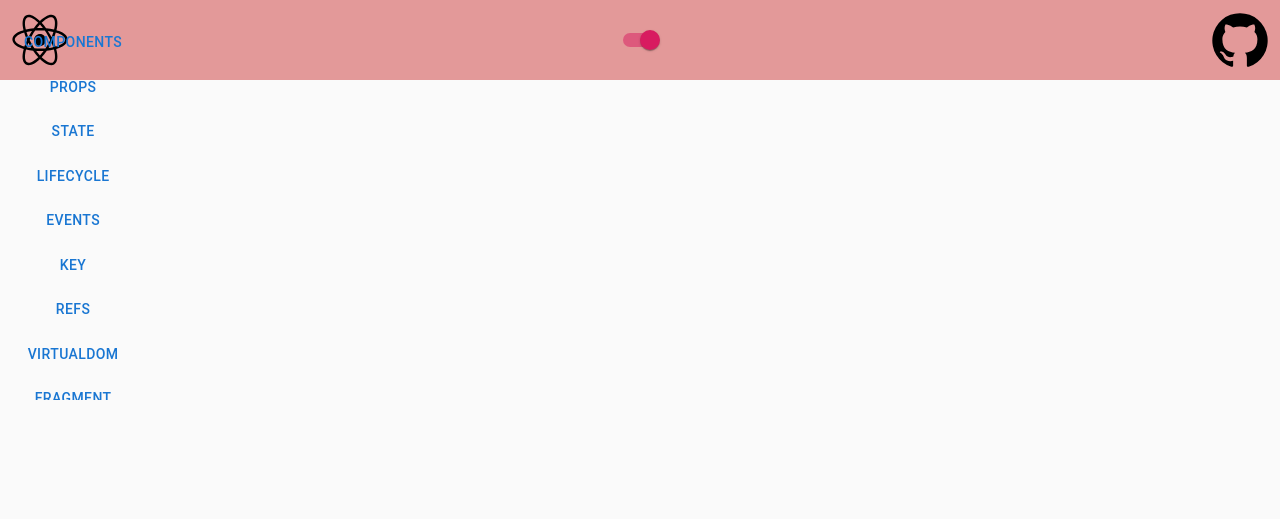
Repository: savannaaaas/reactDocumentation
Page: /topic
These files come from the project's save history. The page is drawn as it stood at one moment and after the next save; the edit follows.
The browser window is 1280 px wide. The pictures show the whole page.
An inner scrolling area shows only its first screen. The project was rebuilt for these pictures with package versions that can differ from the ones it lists, and the page was loaded fresh each time. Also part of the build but not shown: vite.config.js, src/pages/welcomePage/WelcomeButton/WelcomeButton.jsx, src/pages/welcomePage/Content/ContentWelcome.jsx, src/pages/welcomePage/WelcomePage.jsx, src/pages/componentPage/ComponentPage.jsx.

Above is the page before, as saved 2025-07-18 19:33:06.

### index.html
<!DOCTYPE html>
<html lang="en" data-theme="light">
  <head>
    <meta charset="UTF-8" />
    <link rel="icon" type="image/svg+xml" href="/vite.svg" />
    <meta name="viewport" content="width=device-width, initial-scale=1.0" />
    <title>NoteBook</title>
  </head>
  <body>
    <div id="root"></div>
    <script type="module" src="/src/main.jsx"></script>
  </body>
</html>

### src/main.jsx
import { StrictMode } from "react";
import { createRoot } from "react-dom/client";
import App from "./App.jsx";
import { ThemeProvider } from "./providers/ThemeProvider.jsx";
import "./index.scss";
import { BrowserRouter } from "react-router";

createRoot(document.getElementById("root")).render(
  <StrictMode>
    <ThemeProvider>
      <BrowserRouter>
        <App />
      </BrowserRouter>
    </ThemeProvider>
  </StrictMode>
);

### src/App.jsx
import { Routes, Route } from "react-router";

import { WelcomePage } from "./pages/welcomePage/WelcomePage";
import { TopicPage } from "./pages/topicPage/TopicPage";
import { ComponentPage } from "./pages/componentPage/ComponentPage";

import "./index.scss";

function App() {
  return (
    <Routes>
      <Route path="/" element={<WelcomePage />} />
      <Route path="/topic" element={<TopicPage />}>
        <Route path="components" element={<ComponentPage />} />
      </Route>
    </Routes>
  );
}

export default App;

### src/providers/ThemeProvider.jsx
import { useEffect, useState } from "react";
import { themes, ThemeContext } from "../contexts/ThemeContext";
const getTheme = () => {
  const theme = `${window?.localStorage.getItem("theme")}`; //получаем тему из хранилища
  if (Object.values(themes).includes(theme)) {
    //если тема такая есть возвращаем
    return theme;
  } //если в хранилище нет смотрим какую тему пользователь предпочитает
  const userMedia = window.matchMedia("(prefers-color-scheme: light)"); //проверяем предпочитает пользователь светлую тему если да возвр
  if (userMedia.matches) return themes.light;
  return themes.dark; //иначе темная
};
export const ThemeProvider = ({ children }) => {
  const [theme, setTheme] = useState(getTheme);
  useEffect(() => {
    document.documentElement.dataset.theme = theme; // добавляем атрибут data-theme на <html>
    localStorage.setItem("theme", theme); //устанавливаем и сохраняем текущую тему
  }, [theme]);
  return (
    <ThemeContext.Provider value={{ theme, setTheme }}>
      {children}
    </ThemeContext.Provider>
  );
};

### src/index.scss
*{
  padding: 0;
  margin: 0;
  box-sizing: border-box;
}
body {
  background-color: var(--background-color);
}

:root[data-theme="light"] {
  --background-color: #fafafa;
}

:root[data-theme="dark"] {
  --background-color: #313139;
}

[data-theme="light"] {
 .navigation{

 }

}
[data-theme="dark"] {
  .navigation{

  }

}

### src/pages/topicPage/TopicPage.jsx
import { Header } from "../welcomePage/Header/Header";
import { Navigation } from "../../components/Navigation/Navigation";
export const TopicPage = () => {
  return (
    <>
      <Header />
      <Navigation />
    </>
  );
};

### src/contexts/ThemeContext.jsx
import { createContext } from "react";
export const themes = {
  dark: "dark",
  light: "light",
};

export const ThemeContext = createContext({});

### src/pages/welcomePage/Header/Header.jsx
import { useContext } from "react";
import GitHubIcon from "@mui/icons-material/GitHub";
import reactLogo from "../../../assets/react.svg";
import { Image } from "../../../components/Image/Image";
import { Toggle } from "../../../components/Toggle/Toggle";
import "../index.scss";

export const Header = () => {
  return (
    <div className="header">
      <Image src={reactLogo} alt="React logo" style={{ width: "60px" }} />
      <Toggle />
      <GitHubIcon sx={{ fontSize: "60px" }} />
    </div>
  );
};

### src/pages/welcomePage/index.scss
$light-color: rgb(242, 118, 138);
$dark-color : #ffffff;

.header {
  background-color: rgb(227, 153, 153);
  display: flex;
  flex-direction: row;
  align-items: center;
  justify-content: space-between;
  padding: 10px;
  width: 100%;
}


.base-content {
  position: relative;
  display: flex;
  flex-direction: column;
  justify-content: center;
  align-items: center;
  gap: 100px;
  color: rgb(242, 118, 138);

  p {
    a {
      color: rgb(242, 118, 138);
      text-decoration: none;
    }
  }
}


.welcome-page {
  position: relative;
  display: flex;
  flex-direction: column;
  gap: 100px;
  justify-content: center;
  align-items: center;
}

.welcome-button{
  padding: 10 30px;
  width: 170px;
  border-radius: 30px;
}
[data-theme="light"] {
  .base-content {
    color: $light-color;

    p {
      a {
        color: $light-color;
      }
    }
  }
  .welcome-button{
    background-color: rgb(245, 60, 91);
    color: white;
  }
}

[data-theme="dark"] {
  .base-content {
    color: $dark-color;

    p {
      a {
        color: $dark-color;
      }
    }
  }
  .welcome-button{
    background-color: white;
    color: rgb(245, 60, 91);
  }
}

### src/components/Navigation/Navigation.jsx
import { Button } from "../Button/Button";
import "../../index.scss";
import { Box, List, ListItem } from "@mui/material";
import { NavLink } from "react-router";

export const Navigation = () => {
  return (
    <Box
      sx={{
        maxHeight: "400px",
        overflowY: "auto",
        p: 2,
        position: "fixed",
        height: "100vh",
        top: 0,
        left: 0,
      }}
    >
      <List sx={{ display: "flex", flexDirection: "column", gap: 1 }}>
        <ListItem disablePadding>
          <Button component={NavLink} to="/topic/components" fullWidth>
            Components
          </Button>
        </ListItem>
        <ListItem disablePadding>
          <Button component={NavLink} to="/topic/props" fullWidth>
            Props
          </Button>
        </ListItem>
        <ListItem disablePadding>
          <Button component={NavLink} to="/topic/state" fullWidth>
            State
          </Button>
        </ListItem>
        <ListItem disablePadding>
          <Button component={NavLink} to="/topic/lifecycle" fullWidth>
            Lifecycle
          </Button>
        </ListItem>
        <ListItem disablePadding>
          <Button component={NavLink} to="/topic/events" fullWidth>
            Events
          </Button>
        </ListItem>
        <ListItem disablePadding>
          <Button component={NavLink} to="/topic/key" fullWidth>
            Key
          </Button>
        </ListItem>
        <ListItem disablePadding>
          <Button component={NavLink} to="/topic/refs" fullWidth>
            Refs
          </Button>
        </ListItem>
        <ListItem disablePadding>
          <Button component={NavLink} to="/topic/virtual-dom" fullWidth>
            VirtualDOM
          </Button>
        </ListItem>
        <ListItem disablePadding>
          <Button component={NavLink} to="/topic/fragment" fullWidth>
            Fragment
          </Button>
        </ListItem>
        <ListItem disablePadding>
          <Button component={NavLink} to="/topic/react-memo" fullWidth>
            React.Memo
          </Button>
        </ListItem>
        <ListItem disablePadding>
          <Button component={NavLink} to="/topic/useEffect" fullWidth>
            useEffect
          </Button>
        </ListItem>
        <ListItem disablePadding>
          <Button component={NavLink} to="/topic/useContext" fullWidth>
            useContext
          </Button>
        </ListItem>
        <ListItem disablePadding>
          <Button component={NavLink} to="/topic/useMemo" fullWidth>
            useMemo
          </Button>
        </ListItem>
        <ListItem disablePadding>
          <Button component={NavLink} to="/topic/router" fullWidth>
            Router
          </Button>
        </ListItem>
      </List>
    </Box>
  );
};

### src/components/Button/Button.jsx
import ButtonCustom from "@mui/material/Button";
export const Button = ({ children, ...props }) => {
  return <ButtonCustom {...props}>{children}</ButtonCustom>;
};

### src/components/Image/Image.jsx
export const Image = ({ children, ...props }) => {
  return <img {...props}>{children}</img>;
};

### src/components/Toggle/Toggle.jsx
import { useContext } from "react";
import { ThemeContext } from "../../contexts/ThemeContext";
import { alpha, styled } from "@mui/material/styles";
import { grey, pink } from "@mui/material/colors";
import { themes } from "../../contexts/ThemeContext";
import Switch from "@mui/material/Switch";
export const Toggle = () => {
  const { theme, setTheme } = useContext(ThemeContext);
  const ThemeSwitch = styled(Switch)(({ theme }) => ({
    "& .MuiSwitch-switchBase": {
      color: grey[600],
      "&:hover": {
        backgroundColor: alpha(grey[600], theme.palette.action.hoverOpacity),
      },
    },
    "& .MuiSwitch-track": {
      backgroundColor: grey[600],
    },
    "& .MuiSwitch-switchBase.Mui-checked": {
      color: pink[600],
      "&:hover": {
        backgroundColor: alpha(pink[600], theme.palette.action.hoverOpacity),
      },
    },
    "& .MuiSwitch-switchBase.Mui-checked + .MuiSwitch-track": {
      backgroundColor: pink[600],
    },
  }));
  const handleChange = () => {
    if (theme === themes.light) setTheme(themes.dark);
    if (theme === themes.dark) setTheme(themes.light);
  };
  return (
    <ThemeSwitch checked={theme == themes.light} onChange={handleChange} />
  );
};

After the next save:
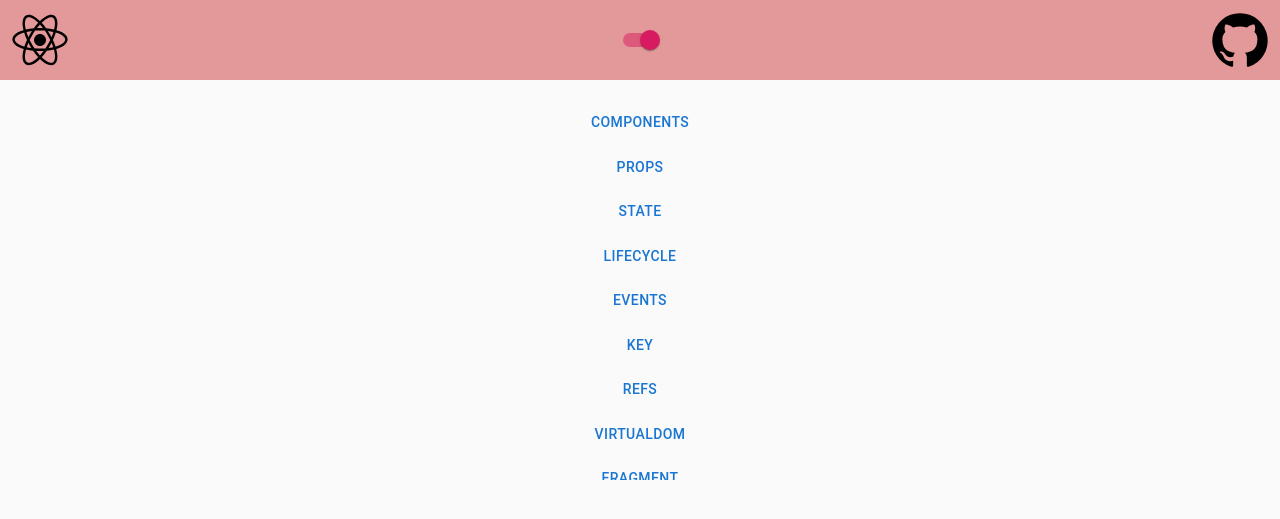
Saved 13 s later.
--- a/src/components/Navigation/Navigation.jsx
+++ b/src/components/Navigation/Navigation.jsx
@@ -10,7 +10,7 @@
         maxHeight: "400px",
         overflowY: "auto",
         p: 2,
-        position: "fixed",
+
         height: "100vh",
         top: 0,
         left: 0,

After the 4 saves that followed:
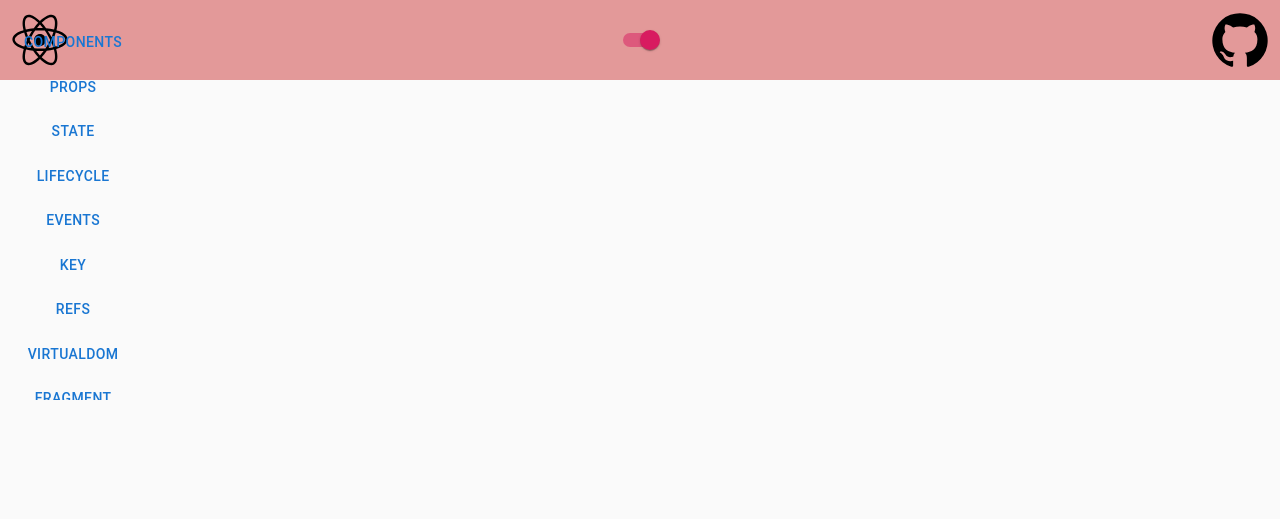
The 4 saves are shown as one change because 3 left the picture as it was.
The last was saved 115 s later.
--- a/src/components/Navigation/Navigation.jsx
+++ b/src/components/Navigation/Navigation.jsx
@@ -10,10 +10,10 @@
         maxHeight: "400px",
         overflowY: "auto",
         p: 2,
-
         height: "100vh",
         top: 0,
         left: 0,
+        position: "fixed",
       }}
     >
       <List sx={{ display: "flex", flexDirection: "column", gap: 1 }}>
